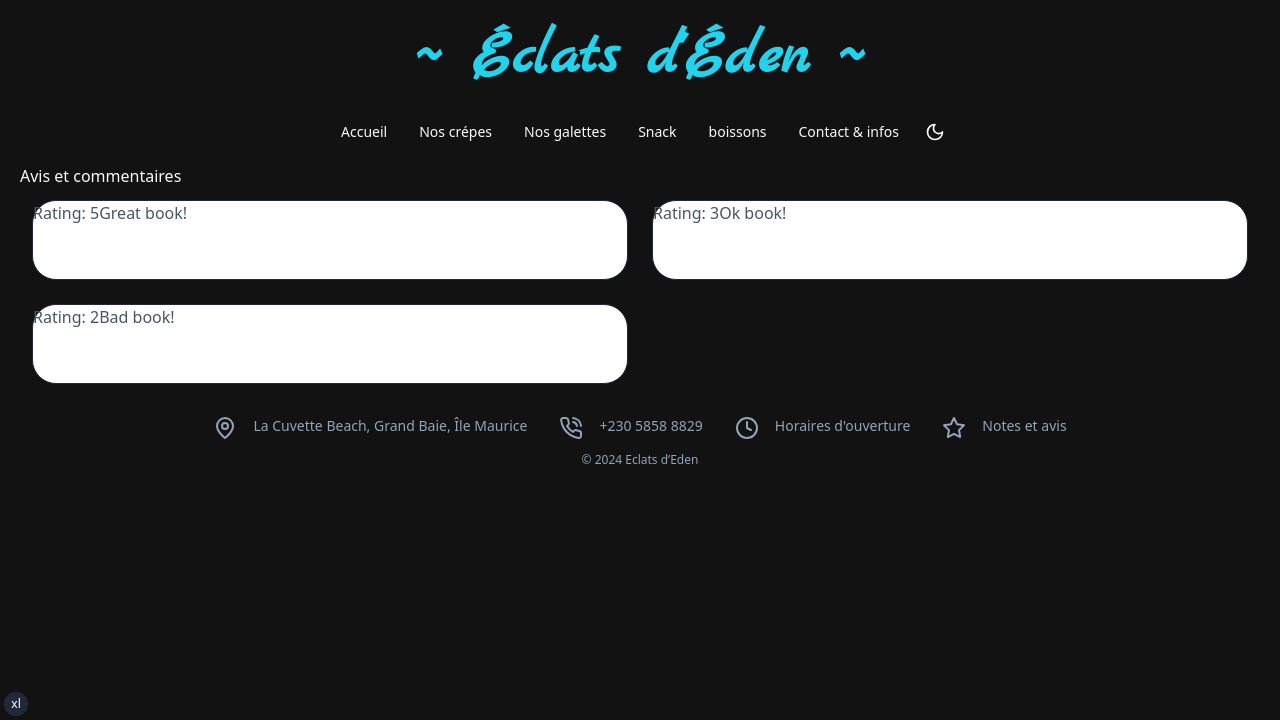
Repository: jeffMauritius/eclats-deden
Page: /reviews
The author's editor kept a copy of each file at every save. The page is drawn from the files as they stood at one save, then again after the next save.
The browser window is 1280 px wide. The pictures show the whole page.
The project was rebuilt for these pictures with package versions that can differ from the ones it lists, and the page was loaded fresh each time. The framework's server and built-in components were replaced by stand-ins that run in the browser. Also part of the build but not shown: next.config.mjs.

Above is the page before, as saved 2024-08-13 12:42:11.

### app/layout.tsx
// app/layout.
import { Header } from "@/components/layout/Header"
import { TailwindIndicator } from "@/components/TailwindIndicator"
import { SiteConfig } from "@/lib/config"
import { cn } from "@/lib/utils"
import type { Metadata } from "next"
import { Inter, Marck_Script } from "next/font/google"
import { PropsWithChildren } from "react"
import { Providers } from "./Providers"
import "./globals.css"
import { Title } from "@/components/layout/Title"
import { Footer } from "@/components/layout/Footer"

const fontSans = Inter({ subsets: ["latin"], variable: "--font-sans" })
const fontDisplay = Marck_Script({
  subsets: ["latin"],
  variable: "--font-display",
  weight: "400",
})

export const metadata: Metadata = {
  title: SiteConfig.title,
  description: SiteConfig.description,
}

export default function RootLayout({ children }: PropsWithChildren) {
  return (
    <html lang="en" className="h-full" suppressHydrationWarning>
      <head />
      <body
        className={cn(
          `flex flex-col h-screen bg-background font-sans antialiased p-5`,
          fontSans.variable,
          fontDisplay.variable,
        )}
      >
        <Providers>
          <div className="relative flex flex-col">
            <Title title="Éclats d'Éden" />
            <div>
              <Header />
            </div>
            {children}
            <div className="mt-5 md:col-span-3">
              <Footer />
            </div>
          </div>
          <TailwindIndicator />
        </Providers>
      </body>
    </html>
  )
}

### app/reviews/page.tsx
import ReviewsList from "@/components/ReviewsList"

const ReviewsPage = () => {
  return (
    <div>
      <h1>Avis et commentaires</h1>

      <ReviewsList />
    </div>
  )
}

export default ReviewsPage

### src/components/layout/Header.tsx
"use client"

import { ThemeToggle } from "../ThemeToggle"
import NavigationMenuComponent from "./NavigationMenu"

export function Header() {
  return (
    <header className=" z-30 w-full">
      <div className=" container flex  flex-col  items-center space-x-4 pt-3 sm:justify-between sm:space-x-0">
        <div className="flex flex-auto justify-center py-3">
          <NavigationMenuComponent />
          <ThemeToggle />
        </div>
      </div>
    </header>
  )
}

### src/lib/config.ts
export const SiteConfig = {
  title: "Camille snack",
  description: "La Cuvette Beach, Grand Baie, Île Maurice",
} as const

### app/Providers.tsx
"use client"

import { SessionProvider } from "next-auth/react"
import { ThemeProvider } from "next-themes"
import { PropsWithChildren } from "react"
import { Toaster } from "react-hot-toast"

export const Providers = ({ children }: PropsWithChildren) => {
  return (
    <>
      <ThemeProvider attribute="class" defaultTheme="dark" enableSystem>
        <Toaster />
        <SessionProvider>{children}</SessionProvider>
      </ThemeProvider>
    </>
  )
}

### app/globals.css
@tailwind base;
  @tailwind components;
  @tailwind utilities;

  @layer base {
    :root {
      --background: 0 0% 100%;
      --foreground: 222.2 84% 4.9%;

      --card: 0 0% 100%;
      --card-foreground: 222.2 84% 4.9%;

      --popover: 0 0% 100%;
      --popover-foreground: 222.2 84% 4.9%;

      --primary: 222.2 47.4% 11.2%;
      --primary-foreground: 210 40% 98%;

      --secondary: 210 40% 96.1%;
      --secondary-foreground: 222.2 47.4% 11.2%;

      --muted: 210 40% 96.1%;
      --muted-foreground: 215.4 16.3% 46.9%;

      --accent: 210 40% 96.1%;
      --accent-foreground: 222.2 47.4% 11.2%;

      --destructive: 0 84.2% 60.2%;
      --destructive-foreground: 210 40% 98%;

      --border: 214.3 31.8% 91.4%;
      --input: 214.3 31.8% 91.4%;
      --ring: 222.2 84% 4.9%;

      --radius: 0.5rem;
    }

    .dark {
      --background: rgb(10, 11, 10);
      --foreground: 210 40% 98%;

      --card: rgb(10, 11, 10);
      --card-foreground: 210 40% 98%;

      --popover: 222.2 84% 4.9%;
      --popover-foreground: 210 40% 98%;

      --primary: 210 40% 98%;
      --primary-foreground: 222.2 47.4% 11.2%;

      --secondary: 217.2 32.6% 17.5%;
      --secondary-foreground: 210 40% 98%;

      --muted: 217.2 32.6% 17.5%;
      --muted-foreground: 215 20.2% 65.1%;

      --accent: 217.2 32.6% 17.5%;
      --accent-foreground: 210 40% 98%;

      --destructive: 0 62.8% 30.6%;
      --destructive-foreground: 210 40% 98%;

      --border: 217.2 32.6% 17.5%;
      --input: 217.2 32.6% 17.5%;
      --ring: 212.7 26.8% 83.9%;
    }
  }

  @layer base {
    * {
      @apply border-border;
    }
    @font-face {
      font-family: 'Marck Script';
      font-style: normal;
      font-weight: 400;
      font-display: swap;
      src: url(/fonts/MarckScript-Regular.ttf) format('ttf');
    }
    body {
      @apply bg-background text-foreground;
    }
  }

### src/components/layout/Title.tsx
interface TitleProps {
  title: string
}

export function Title({ title }: TitleProps) {
  return (
    <div className="flex flex-auto justify-center ">
      <h1
        className={`pt-2 font-display text-4xl font-bold text-cyan-400 md:text-6xl`}
      >
        {" "}
        {`~ ${title} ~`}
      </h1>
    </div>
  )
}

### src/components/layout/Footer.tsx
import Link from "next/link"
import { Typography } from "../ui/typography"
import { MapPin } from "lucide-react"
import { PhoneCall } from "lucide-react"
import { Clock } from "lucide-react"
import { Star } from "lucide-react"

export const Footer = () => {
  return (
    <footer className="w-6/8 z-40 border-card bg-background">
      <div className="m-auto w-full max-w-4xl px-2 ">
        <div className="flex w-full items-center justify-center">
          <div className="flex gap-8 text-sm text-muted-foreground">
            <Link className="flex hover:underline md:gap-4" href="/location">
              <MapPin />
              <p className="hidden md:block">
                La Cuvette Beach, Grand Baie, Île Maurice
              </p>
            </Link>
            <Link className="flex hover:underline md:gap-4" href="/legal/cgv">
              <PhoneCall />
              <p className="hidden md:block">+230 5858 8829</p>
            </Link>
            <Link className="flex hover:underline md:gap-4" href="/schedule">
              <Clock />
              <p className="hidden md:block">{`Horaires d'ouverture`}</p>
            </Link>
            <Link className="flex hover:underline md:gap-4" href="/reviews">
              <Star />
              <p className="hidden md:block">Notes et avis</p>
            </Link>
          </div>
        </div>
        <div className="flex w-full items-center justify-center py-3">
          <Typography variant="base" className="text-xs text-muted-foreground">
            &copy; {new Date().getFullYear()} Eclats d&rsquo;Eden
          </Typography>
        </div>
      </div>
    </footer>
  )
}

### src/components/ReviewsList.tsx
import ReviewItem from "./ReviewItem"
const reviews = [
  { id: 1, rating: 5, content: "Great book!" },
  { id: 2, rating: 3, content: "Ok book!" },
  { id: 3, rating: 2, content: "Bad book!" },
]

const ReviewsList = () => {
  return (
    <div className="grid gap-6 p-3 md:grid-cols-2">
      {reviews.map(review => (
        <ReviewItem key={review.id} review={review} />
      ))}
    </div>
  )
}
export default ReviewsList

### src/components/ThemeToggle.tsx
"use client"

import { Button } from "@/components/ui/button"
import { Moon, Sun } from "lucide-react"
import { useTheme } from "next-themes"

export function ThemeToggle() {
  const { setTheme, theme } = useTheme()

  return (
    <Button
      variant="ghost"
      size="icon"
      onClick={() => setTheme(theme === "light" ? "dark" : "light")}
    >
      <Sun className="h-6 w-[1.3rem] dark:hidden" />
      <Moon className="hidden size-5 dark:block" />
      <span className="sr-only">Toggle theme</span>
    </Button>
  )
}

### src/components/layout/NavigationMenu.tsx
"use client"

import {
  NavigationMenu,
  NavigationMenuLink,
  navigationMenuTriggerStyle,
} from "@/components/ui/navigation-menu"
import { navigationData } from "./navigationData"
import { useClientMediaQuery } from "@/lib/isMobileDevice"

const NavigationMenuComponent = () => {
  const isMobile = useClientMediaQuery("(max-width: 600px)")
  return (
    <NavigationMenu>
      {!isMobile &&
        navigationData.map((item, index) => (
          <NavigationMenuLink
            className={navigationMenuTriggerStyle()}
            key={index}
            href={item.link}
          >
            {item.title}
          </NavigationMenuLink>
        ))}
    </NavigationMenu>
  )
}

export default NavigationMenuComponent

### src/components/ui/typography.tsx
// src/components/ui/Typography.
import { VariantProps, cva } from "class-variance-authority"
import type {
  ComponentPropsWithoutRef,
  ElementType,
  PropsWithChildren,
} from "react"
import { cn } from "../../lib/utils"

type PolymorphicAsProp<E extends ElementType> = {
  as?:
    | E
    | React.ComponentType<Omit<ComponentPropsWithoutRef<E>, "as">>
    | React.FunctionComponent<Omit<ComponentPropsWithoutRef<E>, "as">>
}

type PolymorphicProps<E extends ElementType> = PropsWithChildren<
  Omit<ComponentPropsWithoutRef<E>, "as"> & PolymorphicAsProp<E>
>

const typographyVariants = cva("", {
  variants: {
    variant: {
      h1: "font-caption scroll-m-20 text-4xl font-extrabold tracking-tight lg:text-5xl",
      h2: "font-caption scroll-m-20 border-b pb-2 text-3xl font-semibold tracking-tight transition-colors first:mt-0",
      h3: "font-caption scroll-m-20 text-xl font-semibold tracking-tight",
      p: "leading-7 [&:not(:first-child)]:mt-6",
      base: "",
      quote: "mt-6 border-l-2 pl-6 italic",
      code: "relative rounded bg-muted px-[0.3rem] py-[0.2rem] font-mono text-sm font-semibold",
      lead: "text-xl text-muted-foreground",
      large: "text-lg font-semibold",
      small: "text-sm font-medium leading-none",
      muted: "text-sm text-muted-foreground",
      link: "font-medium text-indigo-500 hover:underline",
    },
  },
  defaultVariants: {
    variant: "base",
  },
})
type TypographyCvaProps = VariantProps<typeof typographyVariants>

const defaultElement = "p"

const defaultElementMapping: Record<
  NonNullable<TypographyCvaProps["variant"]>,
  ElementType
> = {
  h1: "h1",
  h2: "h2",
  h3: "h3",
  p: "p",
  quote: "blockquote" as "p",
  code: "code",
  lead: "p",
  large: "p",
  small: "p",
  muted: "p",
  link: "a",
  base: "p",
} as const

const getDefaultElement = (variant: TypographyCvaProps["variant"]) => {}

export function Typography<E extends ElementType = typeof defaultElement>({
  as,
  children,
  className,
  variant,
  ...restProps
}: PolymorphicProps<E> & TypographyCvaProps) {
  const Component: ElementType =
    as ?? defaultElementMapping[variant ?? "base"] ?? defaultElement

  return (
    <Component
      {...(restProps as ComponentPropsWithoutRef<E>)}
      className={cn(typographyVariants({ variant }), className)}
    >
      {children}
    </Component>
  )
}

### src/components/ReviewItem.tsx
type Review = {
  rating: number
  content: string
}
const ReviewItem = ({ review }: { review: Review }) => {
  return (
    <div className="flex min-h-20 rounded-3xl border bg-white text-slate-600">
      <h3>Rating: {review.rating}</h3>
      <p>{review.content}</p>
    </div>
  )
}

export default ReviewItem

### src/components/ui/button.tsx
import * as React from "react"
import { Slot } from "@radix-ui/react-slot"
import { cva, type VariantProps } from "class-variance-authority"

import { cn } from "@/lib/utils"

const buttonVariants = cva(
  "inline-flex items-center justify-center whitespace-nowrap rounded-md text-sm font-medium ring-offset-background transition-colors focus-visible:outline-none focus-visible:ring-2 focus-visible:ring-ring focus-visible:ring-offset-2 disabled:pointer-events-none disabled:opacity-50",
  {
    variants: {
      variant: {
        default: "bg-primary text-primary-foreground hover:bg-primary/90",
        destructive:
          "bg-destructive text-destructive-foreground hover:bg-destructive/90",
        outline:
          "border border-input bg-background hover:bg-accent hover:text-accent-foreground",
        secondary:
          "bg-secondary text-secondary-foreground hover:bg-secondary/80",
        ghost: "hover:bg-accent hover:text-accent-foreground",
        link: "text-primary underline-offset-4 hover:underline",
      },
      size: {
        default: "h-10 px-4 py-2",
        sm: "h-9 rounded-md px-3",
        lg: "h-11 rounded-md px-8",
        icon: "size-10",
      },
    },
    defaultVariants: {
      variant: "default",
      size: "default",
    },
  },
)

export interface ButtonProps
  extends React.ButtonHTMLAttributes<HTMLButtonElement>,
    VariantProps<typeof buttonVariants> {
  asChild?: boolean
}

const Button = React.forwardRef<HTMLButtonElement, ButtonProps>(
  ({ className, variant, size, asChild = false, ...props }, ref) => {
    const Comp = asChild ? Slot : "button"
    return (
      <Comp
        className={cn(buttonVariants({ variant, size, className }))}
        ref={ref}
        {...props}
      />
    )
  },
)
Button.displayName = "Button"

export { Button, buttonVariants }

### src/components/ui/navigation-menu.tsx
import * as React from "react"
import * as NavigationMenuPrimitive from "@radix-ui/react-navigation-menu"
import { cva } from "class-variance-authority"
import { ChevronDown } from "lucide-react"

import { cn } from "@/lib/utils"

const NavigationMenu = React.forwardRef<
  React.ElementRef<typeof NavigationMenuPrimitive.Root>,
  React.ComponentPropsWithoutRef<typeof NavigationMenuPrimitive.Root>
>(({ className, children, ...props }, ref) => (
  <NavigationMenuPrimitive.Root
    ref={ref}
    className={cn(
      "relative z-10 flex max-w-max flex-1 items-center justify-center",
      className,
    )}
    {...props}
  >
    {children}
    <NavigationMenuViewport />
  </NavigationMenuPrimitive.Root>
))
NavigationMenu.displayName = NavigationMenuPrimitive.Root.displayName

const NavigationMenuList = React.forwardRef<
  React.ElementRef<typeof NavigationMenuPrimitive.List>,
  React.ComponentPropsWithoutRef<typeof NavigationMenuPrimitive.List>
>(({ className, ...props }, ref) => (
  <NavigationMenuPrimitive.List
    ref={ref}
    className={cn(
      "group flex flex-1 list-none items-center justify-center space-x-1",
      className,
    )}
    {...props}
  />
))
NavigationMenuList.displayName = NavigationMenuPrimitive.List.displayName

const NavigationMenuItem = NavigationMenuPrimitive.Item

const navigationMenuTriggerStyle = cva(
  "group inline-flex h-10 w-max items-center justify-center rounded-md bg-background px-4 py-2 text-sm font-medium transition-colors hover:bg-accent hover:text-accent-foreground focus:bg-accent focus:text-accent-foreground focus:outline-none disabled:pointer-events-none disabled:opacity-50 data-[active]:bg-accent/50 data-[state=open]:bg-accent/50",
)

const NavigationMenuTrigger = React.forwardRef<
  React.ElementRef<typeof NavigationMenuPrimitive.Trigger>,
  React.ComponentPropsWithoutRef<typeof NavigationMenuPrimitive.Trigger>
>(({ className, children, ...props }, ref) => (
  <NavigationMenuPrimitive.Trigger
    ref={ref}
    className={cn(navigationMenuTriggerStyle(), "group", className)}
    {...props}
  >
    {children}{" "}
    <ChevronDown
      className="relative top-px ml-1 size-3 transition duration-200 group-data-[state=open]:rotate-180"
      aria-hidden="true"
    />
  </NavigationMenuPrimitive.Trigger>
))
NavigationMenuTrigger.displayName = NavigationMenuPrimitive.Trigger.displayName

const NavigationMenuContent = React.forwardRef<
  React.ElementRef<typeof NavigationMenuPrimitive.Content>,
  React.ComponentPropsWithoutRef<typeof NavigationMenuPrimitive.Content>
>(({ className, ...props }, ref) => (
  <NavigationMenuPrimitive.Content
    ref={ref}
    className={cn(
      "left-0 top-0 w-full data-[motion^=from-]:animate-in data-[motion^=to-]:animate-out data-[motion^=from-]:fade-in data-[motion^=to-]:fade-out data-[motion=from-end]:slide-in-from-right-52 data-[motion=from-start]:slide-in-from-left-52 data-[motion=to-end]:slide-out-to-right-52 data-[motion=to-start]:slide-out-to-left-52 md:absolute md:w-auto ",
      className,
    )}
    {...props}
  />
))
NavigationMenuContent.displayName = NavigationMenuPrimitive.Content.displayName

const NavigationMenuLink = NavigationMenuPrimitive.Link

const NavigationMenuViewport = React.forwardRef<
  React.ElementRef<typeof NavigationMenuPrimitive.Viewport>,
  React.ComponentPropsWithoutRef<typeof NavigationMenuPrimitive.Viewport>
>(({ className, ...props }, ref) => (
  <div className={cn("absolute left-0 top-full flex justify-center")}>
    <NavigationMenuPrimitive.Viewport
      className={cn(
        "origin-top-center relative mt-1.5 h-[var(--radix-navigation-menu-viewport-height)] w-full overflow-hidden rounded-md border bg-popover text-popover-foreground shadow-lg data-[state=open]:animate-in data-[state=closed]:animate-out data-[state=closed]:zoom-out-95 data-[state=open]:zoom-in-90 md:w-[var(--radix-navigation-menu-viewport-width)]",
        className,
      )}
      ref={ref}
      {...props}
    />
  </div>
))
NavigationMenuViewport.displayName =
  NavigationMenuPrimitive.Viewport.displayName

const NavigationMenuIndicator = React.forwardRef<
  React.ElementRef<typeof NavigationMenuPrimitive.Indicator>,
  React.ComponentPropsWithoutRef<typeof NavigationMenuPrimitive.Indicator>
>(({ className, ...props }, ref) => (
  <NavigationMenuPrimitive.Indicator
    ref={ref}
    className={cn(
      "top-full z-[1] flex h-1.5 items-end justify-center overflow-hidden data-[state=visible]:animate-in data-[state=hidden]:animate-out data-[state=hidden]:fade-out data-[state=visible]:fade-in",
      className,
    )}
    {...props}
  >
    <div className="relative top-[60%] size-2 rotate-45 rounded-tl-sm bg-border shadow-md" />
  </NavigationMenuPrimitive.Indicator>
))
NavigationMenuIndicator.displayName =
  NavigationMenuPrimitive.Indicator.displayName

export {
  navigationMenuTriggerStyle,
  NavigationMenu,
  NavigationMenuList,
  NavigationMenuItem,
  NavigationMenuContent,
  NavigationMenuTrigger,
  NavigationMenuLink,
  NavigationMenuIndicator,
  NavigationMenuViewport,
}

### src/components/layout/navigationData.ts
export const navigationData = [
    {
        title: "Accueil",
        link: "/",
    },
    {
        title: "Nos crépes",
        link: "/crepes",
    },
    {
        title: "Nos galettes",
        link: "/galettes",
    },
    {
        title: "Snack",
        link: "/snack",
    },
    {
        title: "boissons",
        link: "/boissons",
    },
    {
        title: "Contact & infos",
        link: "/location",
    },

]

export const navigationDataMobile = [
    {
        title: "Accueil",
        link: "/",
    },
    {
        title: "Horaires d'ouverture",
        link: "/schedule",
    },
    {
        title: "Contact & infos",
        link: "/location",
    },

]

### src/lib/isMobileDevice.ts
'use client'

import { useEffect, useState } from 'react'

export function useClientMediaQuery(query: string) {
  const [matches, setMatches] = useState(false)

  useEffect(() => {
    const mediaQueryList = window.matchMedia(query)

    const handleMatchChange = (e: MediaQueryListEvent) => {
      setMatches(e.matches)
    }

    mediaQueryList.addEventListener('change', handleMatchChange)
    setMatches(mediaQueryList.matches)

    return () => {
      mediaQueryList.removeEventListener('change', handleMatchChange)
    }
  }, [query])

  return matches
}

### tailwind.config.ts
import type { Config } from "tailwindcss"

const config = {
  darkMode: ["class"],
  content: [
    "./pages/**/*.{ts,tsx}",
    "./components/**/*.{ts,tsx}",
    "./app/**/*.{ts,tsx}",
    "./src/**/*.{ts,tsx}",
  ],
  prefix: "",
  theme: {
    container: {
      center: true,
      padding: "2rem",
      screens: {
        "2xl": "1400px",
      },
    },
    fontFamily: {
      'display': ['"Marck Script"', 'cursive'],
      'body': ['"Open Sans"', 'sans-serif'],
    },
    extend: {
      colors: {
        border: "hsl(var(--border))",
        input: "hsl(var(--input))",
        ring: "hsl(var(--ring))",
        background: "hsl(var(--background))",
        foreground: "hsl(var(--foreground))",
        primary: {
          DEFAULT: "hsl(var(--primary))",
          foreground: "hsl(var(--primary-foreground))",
        },
        secondary: {
          DEFAULT: "hsl(var(--secondary))",
          foreground: "hsl(var(--secondary-foreground))",
        },
        destructive: {
          DEFAULT: "hsl(var(--destructive))",
          foreground: "hsl(var(--destructive-foreground))",
        },
        muted: {
          DEFAULT: "hsl(var(--muted))",
          foreground: "hsl(var(--muted-foreground))",
        },
        accent: {
          DEFAULT: "hsl(var(--accent))",
          foreground: "hsl(var(--accent-foreground))",
        },
        popover: {
          DEFAULT: "hsl(var(--popover))",
          foreground: "hsl(var(--popover-foreground))",
        },
        card: {
          DEFAULT: "hsl(var(--card))",
          foreground: "hsl(var(--card-foreground))",
        },
      },
      borderRadius: {
        lg: "var(--radius)",
        md: "calc(var(--radius) - 2px)",
        sm: "calc(var(--radius) - 4px)",
      },
      keyframes: {
        "accordion-down": {
          from: { height: "0" },
          to: { height: "var(--radix-accordion-content-height)" },
        },
        "accordion-up": {
          from: { height: "var(--radix-accordion-content-height)" },
          to: { height: "0" },
        },
      },
      animation: {
        "accordion-down": "accordion-down 0.2s ease-out",
        "accordion-up": "accordion-up 0.2s ease-out",
      },
    },
  },
  plugins: [require("tailwindcss-animate")],
} satisfies Config

export default config

Loaded but not shown: src/components/TailwindIndicator.tsx (common file); src/lib/utils.ts (common file)

After the next save:
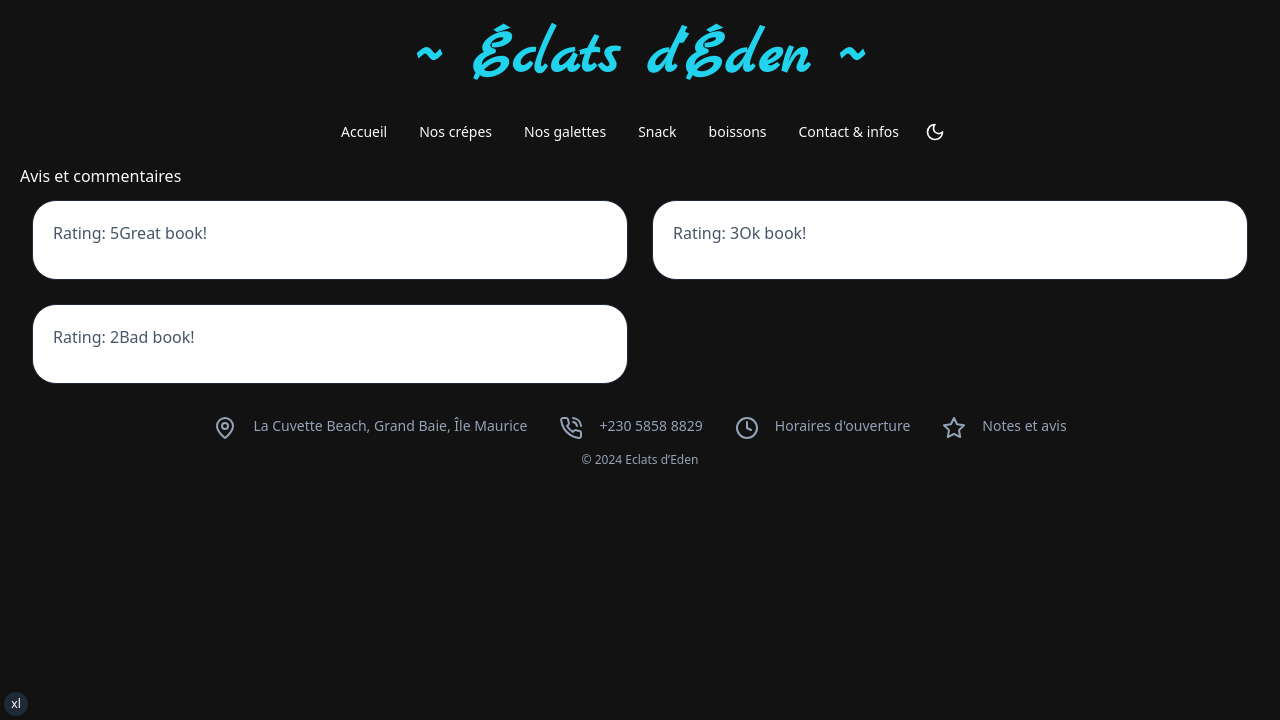
Saved 32 s later.
--- a/src/components/ReviewItem.tsx
+++ b/src/components/ReviewItem.tsx
@@ -4,7 +4,7 @@ type Review = {
 }
 const ReviewItem = ({ review }: { review: Review }) => {
   return (
-    <div className="flex min-h-20 rounded-3xl border bg-white text-slate-600">
+    <div className="flex min-h-20 rounded-3xl border bg-white p-5 text-slate-600">
       <h3>Rating: {review.rating}</h3>
       <p>{review.content}</p>
     </div>
